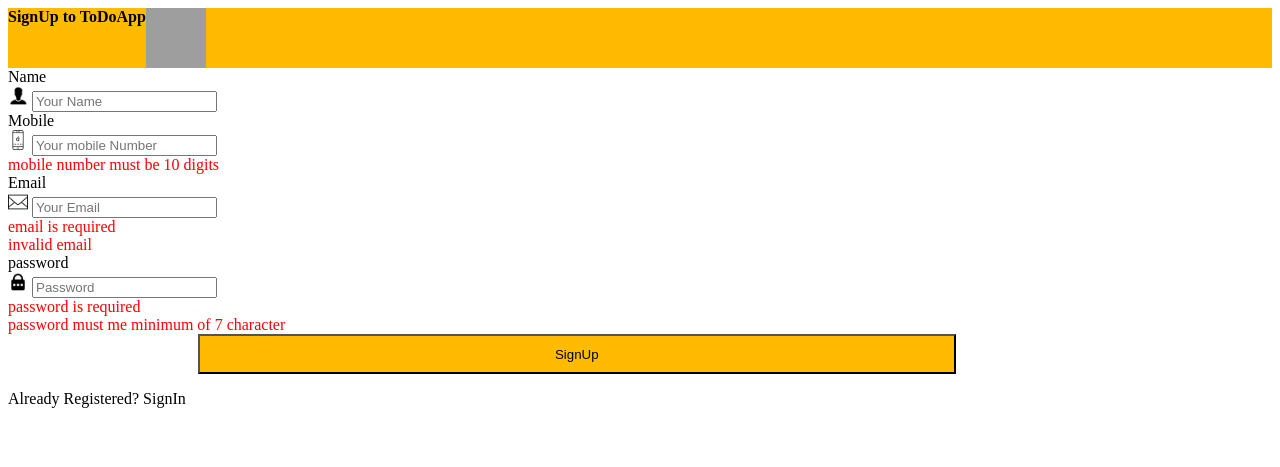
Repository: iamvinayhv/ToDoApp.
Page: toDoApp_2017/src/main/webapp/template/signUp.html
These files come from the project's save history. The page is drawn as it stood at one moment and after a run of saves; the edit follows.
The browser window is 1280 px wide. The pictures show the whole page.
Pictures or frames that could not be fetched are drawn as grey boxes.

Above is the page before, as saved 2017-06-22 07:09:42.

### toDoApp_2017/src/main/webapp/template/signUp.html
<div class="row">
	<div class="col-sm-4"></div>
		<div class="col-sm-4">

			<div data-ng-controller="signUpController">

				<nav id="navBar" class="navbar navbar-default navbar-fixed-top" role="navigation" style="background-color: #fb0;">
					      <div class="container">
					      <div class="navbar-header" style="display: flex;">


								<div class="navbar-brand" style="font-weight: bold;">
									SignUp to ToDoApp
								</div>
								<img src="images/todo.png" height="60px" width="60px">
						</div>
				      </div>

				</nav>



				<form name="signUpForm">

					<div id="signUpBody" >

						<div class="form-group">
								<label for="name" class="cols-sm-2 control-label">Name</label>
							<div class="cols-sm-10">
								<div class="input-group">
									<span class="input-group-addon"><img src="images/Contact.png" width="20px" height="20px"></span>
                                    <input type="text" class="form-control" name="name" id="form_name" data-ng-model="name" placeholder="Your Name" required/>
								</div>
							</div>
						</div>

						<span style="color: red" class="error_form" id="name_error_msg"></span>



						<div class="form-group">
								<label for="mobile" class="cols-sm-2 control-label">Mobile</label>
							<div class="cols-sm-10">
								<div class="input-group">
									<span class="input-group-addon"><img src="images/phone.png" width="20px" height="20px"></span>
									<input type="number" class="form-control" name="mobile" id="form_mobile" data-ng-model="mobile"  placeholder="Your mobile Number" data-ng-minlength="10" data-ng-maxlength="10" required/>
								</div>
								<div style="color: red" data-ng-show="signUpForm.mobile.$dirty">
									<div data-ng-show="signUpForm.mobile.$invalid">mobile number must be 10 digits</div>
								</div>
							</div>
						</div>

						<span style="color:red" class="error_form" id="mobile_error_msg"></span>




						<div class="form-group">
								<label for="email" class="cols-sm-2 control-label">Email</label>
							<div class="cols-sm-10">
								<div class="input-group">
									<span class="input-group-addon"><img src="images/mail.png" width="20px" height="20px"></span>
									<input type="email" class="form-control" name="mail" id="form_email" data-ng-model="email" placeholder="Your Email" required/>
								</div>

									<div style="color: red" data-ng-show="signUpForm.mail.$dirty">
										<div data-ng-show="signUpForm.mail.$error.required">email is required</div>
										<div data-ng-show="signUpForm.mail.$error.email">invalid email</div>
									</div>
							</div>
						</div>

						<span style="color: red" class="error_form" id="email_error_msg"></span>


						<div class="form-group">
								<label for="password" class="cols-sm-2 control-label">password</label>
							<div class="cols-sm-10">
								<div class="input-group">
									<span class="input-group-addon"><img src="images/Password.png" width="20px" height="20px"></span>
									<input type="password" class="form-control" name="password" id="form_password" data-ng-model="password"  placeholder="Password" data-ng-minlength="7" required/>
								</div>

								<div style="color: red" data-ng-show="signUpForm.password.$dirty">
										<div data-ng-show="signUpForm.password.$error.required">password is required</div>
										<div data-ng-show="signUpForm.password.$invalid">password must me minimum of 7 character</div>
								</div>

							</div>
						</div>

						<span style="color: red" class="error_form" id="password_error_msg"></span>

						<div><button class="btn btn-success" type="button" data-ng-click="signUp()" style="width: 30%;margin-left: 15%;width: 60%;height: 40px;background-color: #fb0;">SignUp</button></div>

					</form>

			</div>

			<div id="signUpBottom">
				<a style="color: black;" data-ui-sref="signIn">Already Registered? SignIn</a>
			</div>


	</div>
</div>

After the next 2 saves:
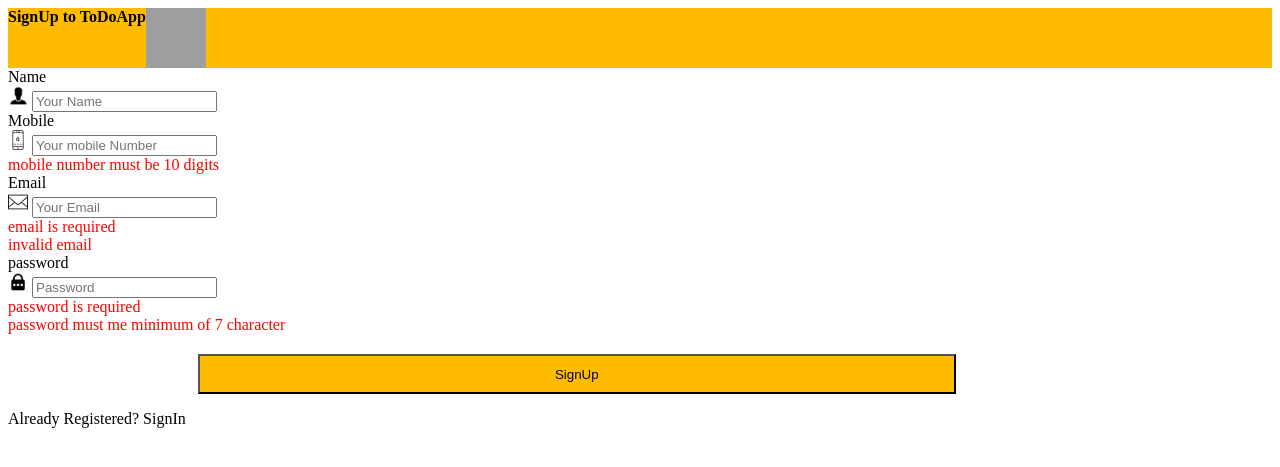
The 2 saves are shown as one change because they came seconds apart.
The last was saved 36 s later.
--- a/toDoApp_2017/src/main/webapp/template/signUp.html
+++ b/toDoApp_2017/src/main/webapp/template/signUp.html
@@ -92,7 +92,7 @@
 
 						<span style="color: red" class="error_form" id="password_error_msg"></span>
 
-						<div><button class="btn btn-success" type="button" data-ng-click="signUp()" style="width: 30%;margin-left: 15%;width: 60%;height: 40px;background-color: #fb0;">SignUp</button></div>
+						<div><button class="btn btn-success" type="button" data-ng-click="signUp()" style="width: 30%;margin-left: 15%;width: 60%;height: 40px;background-color: #fb0;margin-top: 20px;">SignUp</button></div>
 
 					</form>
 
